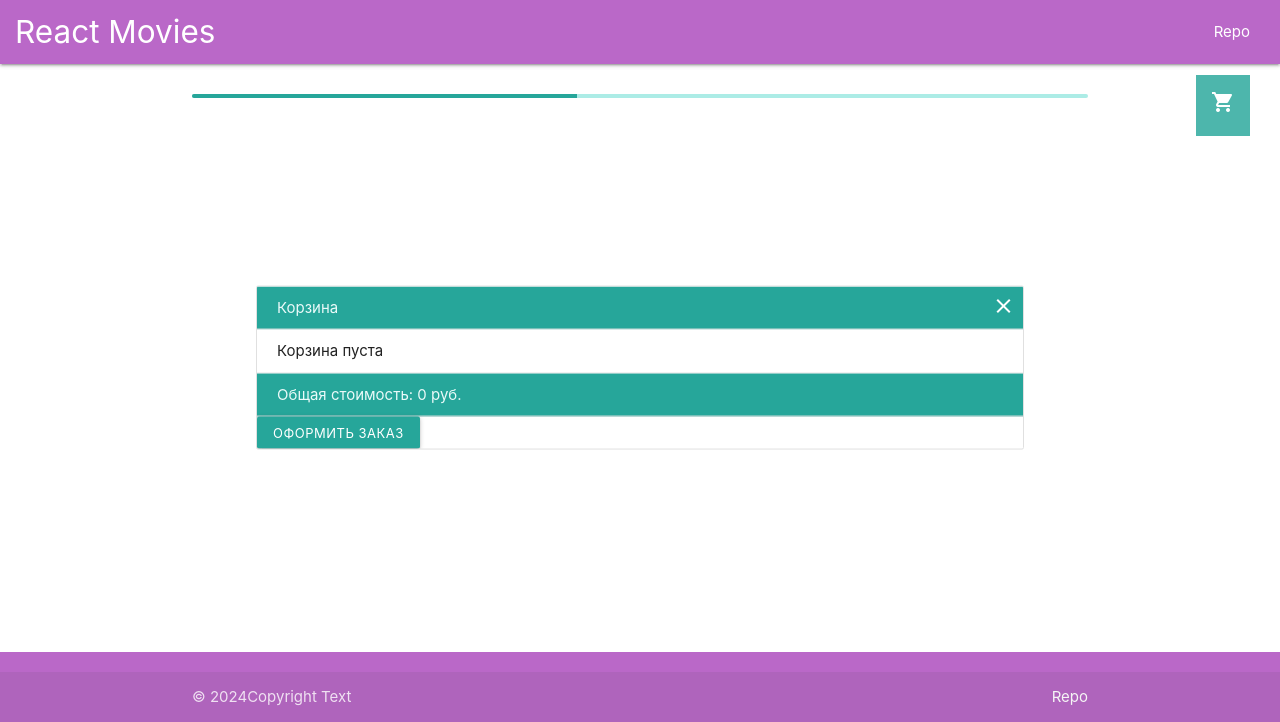
Repository: iveivs/mNepRe
Page: / (app in vitrina/), after clicking the first element matching `div.cart`
These files come from the project's save history. The page is drawn as it stood at one moment and after a run of saves; the edit follows.
The browser window is 1280 px wide. The pictures show the whole page.
The page's requests for data from a server got no answer. The project was rebuilt for these pictures with package versions that can differ from the ones it lists, and the page was loaded fresh each time. No one was signed in, and anything a server would have sent is missing. Also part of the build but not shown: vitrina/src/components/GoodsItem.jsx, vitrina/src/components/GoodsList.jsx, vitrina/src/components/BasketItem.jsx.

Above is the page before, as saved 2024-01-27 18:10:01.

### vitrina/public/index.html
<!DOCTYPE html>
<html lang="en">
  <head>
    <meta charset="utf-8" />
    <link rel="icon" href="%PUBLIC_URL%/favicon.ico" />
    <meta name="viewport" content="width=device-width, initial-scale=1" />
    <meta name="theme-color" content="#000000" />
    <meta
      name="description"
      content="React shop"
    />
    <link rel="apple-touch-icon" href="%PUBLIC_URL%/logo192.png" />

    <link rel="manifest" href="%PUBLIC_URL%/manifest.json" />

    <title>React shop</title>
    <link rel="stylesheet" href="https://cdnjs.cloudflare.com/ajax/libs/materialize/1.0.0/css/materialize.min.css">
    <link href="https://fonts.googleapis.com/icon?family=Material+Icons" rel="stylesheet">
  </head>
  <body>
    <noscript>You need to enable JavaScript to run this app.</noscript>
    <div id="root"></div>

  </body>
</html>

### vitrina/src/index.js
import React from 'react';
import ReactDOM from 'react-dom/client';
import App from './App';
import "./index.css"


const root = ReactDOM.createRoot(document.getElementById('root'));
root.render(
  <React.StrictMode>
    <App />
  </React.StrictMode>
);

### vitrina/src/App.js
import { Header } from "./components/Header";
import { Footer } from "./components/Footer";
import { Shop } from "./components/Shop";

function App() {
  return (
    <>
    <Header />
    <Shop  />
    <Footer />
    </>
  );
}

export default App;

### vitrina/src/index.css
body {
  margin: 0;
  font-family: -apple-system, BlinkMacSystemFont, 'Segoe UI', 'Roboto', 'Oxygen',
    'Ubuntu', 'Cantarell', 'Fira Sans', 'Droid Sans', 'Helvetica Neue',
    sans-serif;
  -webkit-font-smoothing: antialiased;
  -moz-osx-font-smoothing: grayscale;
}

nav {
  padding: 0 1rem;
}
.content {
  min-height: calc(100vh - 70px - 62px);
  padding: 1.5rem 0;
}
.goods {
  display: grid;
  grid-template-columns: repeat(auto-fill, minmax(250px, 1fr));
  gap: 1rem;
}
.card {
  display: flex;
  flex-direction: column;

}
.card-content {
  flex-grow: 1;
}
.cart {
  position: fixed;
  bottom: 2rem;
  right: 2rem;


  cursor: pointer;
  z-index: 5;
  padding: 1rem;
}
@media (min-width: 767px) {
  .cart {
    top: 5rem;
    bottom: unset;
  }
}
/* .cart-quantity {

} */

.basket-list {
  position: fixed;
  top: 50%;
  left: 50%;
  transform: translate(-50%, -50%);

  background-color: #fff;
  width: 1rem;
  min-width: 60%;

  animation: show 600ms ease-in-out;
}

.basket-close {
  cursor: pointer;
  position: absolute;
  top: 0.5rem;
  right: 0.5rem;

  color: #fff;
}
.basket-delete {
  cursor: pointer;
}

@keyframes show {
  from {
    top: 70%;
    opacity: 0;
  }
  to {
    top: 50%;
    opacity: 1;
  }
}

.basket-quantity {
  cursor: pointer;
  vertical-align: middle;
  color: #26a69a;
}

### vitrina/src/components/Header.jsx
function Header() {
    return (
        <nav className="purple lighten-2">
            <div className="nav-wrapper">
                <a href="#" className="brand-logo">
                    React Movies
                </a>
                <ul id="nav-mobile" className="right hide-on-med-and-down">
                    <li>
                        <a href="#">Repo</a>
                    </li>

                </ul>
            </div>
        </nav>
    );
}
export { Header };

### vitrina/src/components/Footer.jsx
function Footer() {
    return (
        <footer className="page-footer purple lighten-2">
            <div className="footer-copyright">
                <div className="container">
                    © {new Date().getFullYear()}Copyright Text
                    <a className="grey-text text-lighten-4 right" href="#!">
                        Repo
                    </a>
                </div>
            </div>
        </footer>
    );
}
export { Footer };

### vitrina/src/components/Shop.jsx
import { useState, useEffect } from "react"
import { API_KEY, API_URL } from "../config"
import { Preloader } from "./Preloader"
import { GoodsList } from "./GoodsList"
import { Cart } from "./Cart"
import { BasketList } from "./BasketList"

function Shop() {
    const[goods, setGoods] = useState([])
    const[loading, setLoading] = useState(true)
    const [order, setOrder] = useState([])
    const [isBasketShow, setBasketShow] = useState(false)


    // в функцию получаем объект с id назаванием и ценой
    const addToBasket = (item)=> {
        // проверяем есть ли уже в текущем стейте заказа этот текущий заказ,
        // чтоб не создавать новый
        const itemIndex = order.findIndex(
            (orderItem) => orderItem.mainId === item.mainId)

        // если нет, то добавляем просто новый объект
        if(itemIndex < 0) {
            const newItem = {
                ...item,
                quantity: 1,
            }
            setOrder([...order, newItem])
        }else {
            // если ранее уже был добавлен, то ищем его позицию
            const newOrder = order.map((orderItem, index) => {
                if(index === itemIndex) {
                    return {
                        ...orderItem,
                        quantity: orderItem.quantity + 1
                    }

                } else {
                    return orderItem
                }
            })
            setOrder(newOrder)
        }
        console.log(order);

    }

    const removeFromBasket = (itemID) => {
        const newOrder = order.filter((el) => el.mainId !== itemID)
        setOrder(newOrder)
    }

    const incrQuantity = (itemID) => {
        const newOrder = order.map((el) => {
            if (el.mainId === itemID) {
                const newQuantity = el.quantity + 1;
                return {
                    ...el,
                    quantity: newQuantity,
                };
            } else {
                return el;
            }
        });
        setOrder(newOrder)
    };

    const decrQuantity = (itemID) => {
        const newOrder = order.map((el) => {
            if (el.mainId === itemID) {
                const newQuantity = el.quantity - 1;
                return {
                    ...el,
                    quantity: newQuantity >= 0 ? newQuantity : 0,
                };
            } else {
                return el;
            }
        });
        setOrder(newOrder)
    }

    const handleBasketShow = () => {
        setBasketShow(!isBasketShow)
    }

    useEffect(function getGoods() {
        fetch(API_URL, {
            headers: {
                Authorization: API_KEY,
            }
        }).then(response => response.json())
        .then(data => {
            data.shop && setGoods(data.shop)
            setLoading(false)
        })
    },[])


    return <main className="container content">
        <Cart quantity={order.length} handleBasketShow={handleBasketShow} />
        {loading ? <Preloader /> : <GoodsList addToBasket={addToBasket} goods={goods} />}
        {
            isBasketShow && <BasketList
                order={order}
                handleBasketShow={handleBasketShow}
                removeFromBasket={removeFromBasket}
                incrQuantity={incrQuantity}
                decrQuantity={decrQuantity}
                 />
        }
    </main>
}
export { Shop }

### vitrina/src/config.js
const API_KEY = process.env.REACT_APP_API_KEY

const API_URL = 'https://fortniteapi.io/v2/shop?lang=en'

export {
    API_KEY,
    API_URL,
}

### vitrina/src/components/Preloader.jsx
function Preloader() {
    return <div className="progress">
    <div className="indeterminate"></div>
</div>
}
export {Preloader}

### vitrina/src/components/Cart.jsx
function Cart(props) {
    const {quantity = 0, handleBasketShow = Function.prototype} = props
    return <div className="cart teal lighten-2 white-text" onClick={handleBasketShow}>
        <i className="material-icons">shopping_cart</i>
        {quantity ? <span className='cart-quantity'>{quantity}</span> : null}
    </div>
}
export {Cart}

### vitrina/src/components/BasketList.jsx
import { BasketItem } from "./BasketItem"
function BasketList (props) {
    const {order = [],
        handleBasketShow = Function.prototype,
        removeFromBasket = Function.prototype,
        incrQuantity = Function.prototype,
        decrQuantity = Function.prototype,
    } = props

    const totalPrice = order.reduce((sum, el) => {
        return sum + el.regularPrice * el.quantity
    }, 0)
    return (
        <ul className="collection basket-list">
        <li className="collection-item active">Корзина</li>
            {
                order.length ? order.map(item => (
                    <BasketItem
                        key={item.id}
                        {...item}
                        removeFromBasket={removeFromBasket}
                        incrQuantity={incrQuantity}
                        decrQuantity={decrQuantity}
                    />
                )) : <li className="collection-item"> Корзина пуста</li>
            }
        <li className="collection-item active">Общая стоимость: {totalPrice} руб.</li>
        <li>
            <button className="btn btn-small">Оформить заказ</button>
        </li>
        <i className="material-icons basket-close" onClick={handleBasketShow}>close</i>
    </ul>
    )
}
export {BasketList}

After the next 2 saves:
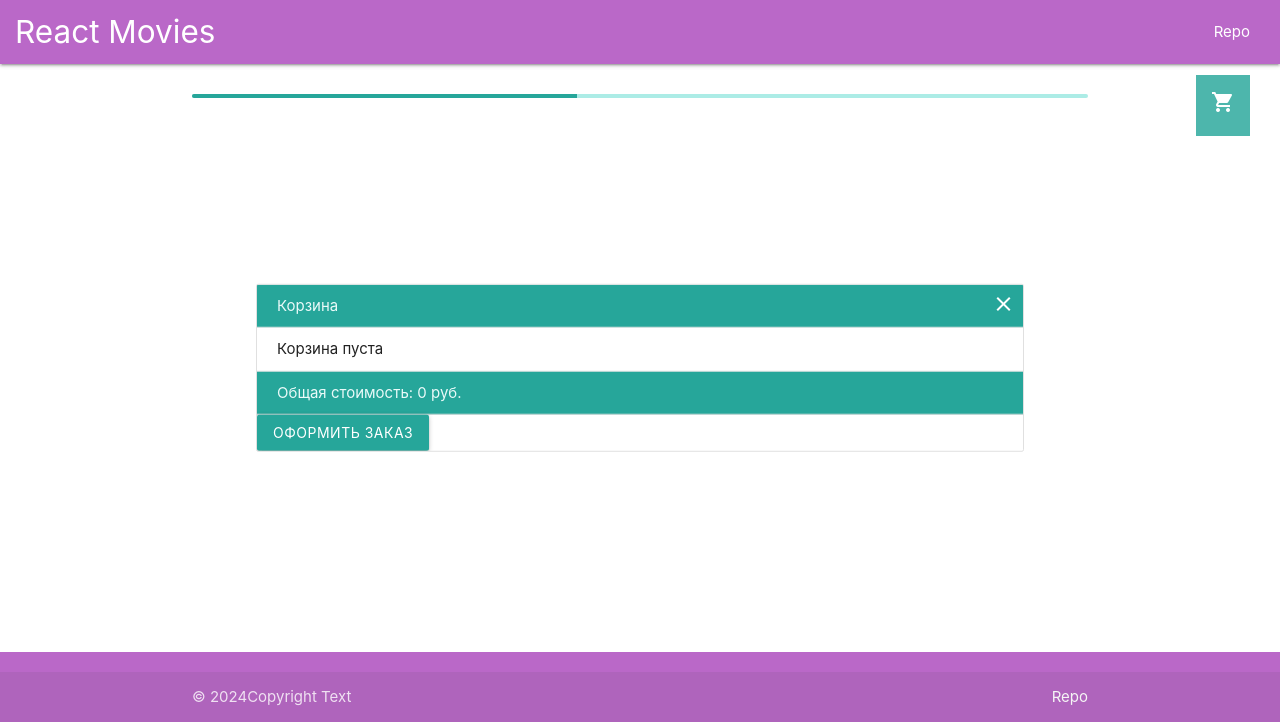
The 2 saves are shown as one change because they came seconds apart.
The last was saved 8 s later.
--- a/vitrina/src/components/BasketList.jsx
+++ b/vitrina/src/components/BasketList.jsx
@@ -26,7 +26,7 @@ function BasketList (props) {
             }
         <li className="collection-item active">Общая стоимость: {totalPrice} руб.</li>
         <li>
-            <button className="btn btn-small">Оформить заказ</button>
+            <button className="btn">Оформить заказ</button>
         </li>
         <i className="material-icons basket-close" onClick={handleBasketShow}>close</i>
     </ul>
